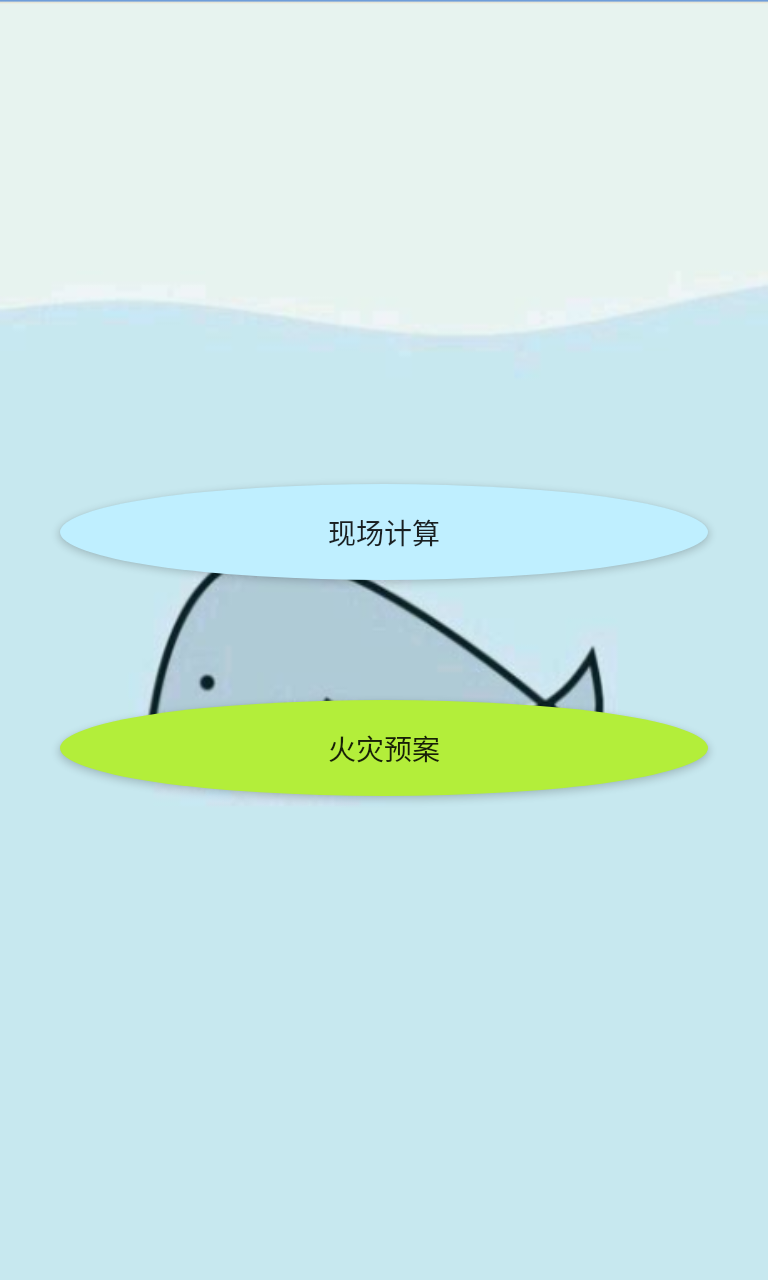
Repository: hohoTT/fireWork_handle_app
Layout: fireWork_handle_app/res/layout/activity_main.xml
The author's editor kept a copy of each file at every save. The layout is drawn from the files as they stood at one save, then again after the next save.
It is drawn on a 768 x 1280 px phone screen (xhdpi) without system bars, with theme AppTheme; the app's code is not run.

Above is the layout before, as saved 2016-03-06 11:18:36.

### fireWork_handle_app/res/layout/activity_main.xml
<LinearLayout xmlns:android="http://schemas.android.com/apk/res/android"
    xmlns:tools="http://schemas.android.com/tools"
    android:layout_width="match_parent"
    android:layout_height="match_parent"
    android:gravity="center_vertical"
    android:orientation="vertical"
    android:background="@drawable/bg1" >

	<Button
	    android:id="@+id/btu_fire_calculate"
	    android:layout_width="match_parent"
	    android:layout_height="wrap_content"
	    android:layout_margin="30dp"
	    android:text="@string/fire_calculate"
	    android:background="@drawable/shape_one" />

	<Button
	    android:id="@+id/btu_fire_plan"
	    android:layout_width="match_parent"
	    android:layout_height="wrap_content"
	    android:layout_margin="30dp"
	    android:text="@string/fire_plan"
	    android:background="@drawable/shape_two" />


</LinearLayout>

### fireWork_handle_app/res/values/strings.xml
<?xml version="1.0" encoding="utf-8"?>
<resources>

    <string name="app_name">fireWork_handle_app</string>
    <string name="fire_calculate">现场计算</string>
    <string name="fire_agent">火灾剂用量计算</string>
    <string name="fire_plan">火灾预案</string>
    <string name="normal_fire">一般火灾计算</string>
    <string name="normal_fire_result">一般火灾用水量计算结果</string>
    <string name="oilcan_fire">油罐火灾情况下的计算</string>
    <string name="olican_fire_water">冷却用水量计算</string>
    <string name="olican_fire_foam">泡沫用量计算</string>
    <string name="olican_fire_water_result">该油罐火灾用水量计算结果</string>
    <string name="oilcan_fire_foam_result">该油罐火灾泡沫用量计算结果</string>
    <string name="water_power">供水压力计算</string>
    <string name="water_power_fire">火场供水压力计算</string>
    <string name="water_power_pump">水泵接合器供水技术计算</string>
    <string name="water_power_fire_building">建筑火灾供水压力计算</string>
    <string name="water_power_fire_building_result">建筑火灾火场供水压力计算结果</string>
    <string name="water_power_fire_oilcan">油罐火灾供水压力计算</string>
    <string name="water_power_fire_oilcan_result">油罐火灾供水压力计算结果</string>
    <string name="water_power_pump_low">建高小于50米的供水压力计算</string>
    <string name="water_power_pump_low_result">建高小于50米的供水压力计算结果</string>
    <string name="water_power_pump_high">建高高于50米的供水压力计算</string>
    <string name="water_power_pump_high_result">建高高于50米的供水压力计算结果</string>


    <string name="btu_water_power">供水压力计算</string>
    <string name="btu_oilcan_fire">油罐火灾计算</string>
    <string name="fire_area">请输入过火面积</string>
    <string name="olican_diameter">请输入油罐直径</string>
    <string name="text_olican_type">请选择您需要计算的油罐类型:</string>
    <string name="olican_type_fixed">固定顶油罐</string>
    <string name="olican_type_drift">浮顶油罐</string>
    <string name="olican_fire_foam_area">请输入油罐的燃烧面积</string>
    <string name="olican_fire_foam_flow">请输入流量</string>
    <string name="water_power_fire_building_count_feeder">请输入一条干线支线的数量</string>
    <string name="water_power_fire_building_count_groundline_band">请输入一条干线水带数量</string>
    <string name="water_power_fire_building_count_feeder_band">请输入一条支线水带数量</string>
    <string name="water_power_fire_building_height">请输入高度差</string>

    <string name="water_power_fire_oilcan_count_feeder">请输入一条干线支线的数量</string>
    <string name="water_power_fire_oilcan_count_groundline_band">请输入一条干线水带数量</string>
    <string name="water_power_fire_oilcan_count_feeder_band">请输入一条支线水带数量</string>
    <string name="water_power_fire_oilcan_height">请输入高度差</string>
    <string name="water_power_pump_low_height">请输入建筑高度(小于50米)</string>
    <string name="water_power_pump_high_height">请输入建筑高度(大于50米)</string>



    <string name="text_water">一般火灾中每秒的用水量为 : </string>
    <string name="text_fire_time">10吨消防车可持续灭火的时间为 : </string>
    <string name="text_oilcan_fire_water">该油罐火灾中每秒的用水量为 : </string>
    <string name="text_oilcan_fire_foam_water">该油罐火灾中水的用量为 : </string>
    <string name="text_oilcan_fire_form_stoste">该油罐火灾中泡沫原液的用量为 : </string>
    <string name="text_water_power_fire_building_65">65mm水带建筑火灾的供水压力为 : </string>
    <string name="text_water_power_fire_building_80">80mm水带建筑火灾的供水压力为 : </string>
    <string name="text_water_power_fire_oilcan_65">65mm水带油罐火灾的供水压力为 : </string>
    <string name="text_water_power_fire_oilcan_80">80mm水带油罐火灾的供水压力为 :</string>
    <string name="test_water_power_pump_low_height">该建筑高度下的供水压力为 :</string>
    <string name="test_water_power_pump_high_height">该建筑高度下的供水压力为 :</string>


    <string name="btn_send">提交</string>

    <string name="hello_world">Hello world!</string>
    <string name="action_settings">Settings</string>





</resources>

### fireWork_handle_app/res/drawable/shape_one.xml
<?xml version="1.0" encoding="utf-8"?>
<shape
    xmlns:android="http://schemas.android.com/apk/res/android"

  android:shape="oval">

    <!-- 填充的颜色 -->

    <solid android:color="#BFEFFF"/>

     <!-- 设置按钮的四个角为弧形 -->

     <!-- android:radius 弧形的半径 -->

     <corners android:radius="360dip"/>



     <!-- padding: Button 里面的文字与Button边界的间隔 -->

     <padding

        android:left="10dp"

        android:top="10dp"

        android:right="10dp"

        android:bottom="10dp"

     />

</shape>

### fireWork_handle_app/res/drawable/shape_two.xml
<?xml version="1.0" encoding="utf-8"?>
<shape
    xmlns:android="http://schemas.android.com/apk/res/android"

  android:shape="oval">

    <!-- 填充的颜色 -->

    <solid android:color="#B3EE3A"/>

     <!-- 设置按钮的四个角为弧形 -->

     <!-- android:radius 弧形的半径 -->

     <corners android:radius="360dip"/>



     <!-- padding: Button 里面的文字与Button边界的间隔 -->

     <padding

        android:left="10dp"

        android:top="10dp"

        android:right="10dp"

        android:bottom="10dp"

     />

</shape>

Loaded but not shown: fireWork_handle_app/res/values/styles.xml (common file); fireWork_handle_app/res/values-v11/styles.xml (common file); fireWork_handle_app/res/values-v14/styles.xml (common file)

After the next save:
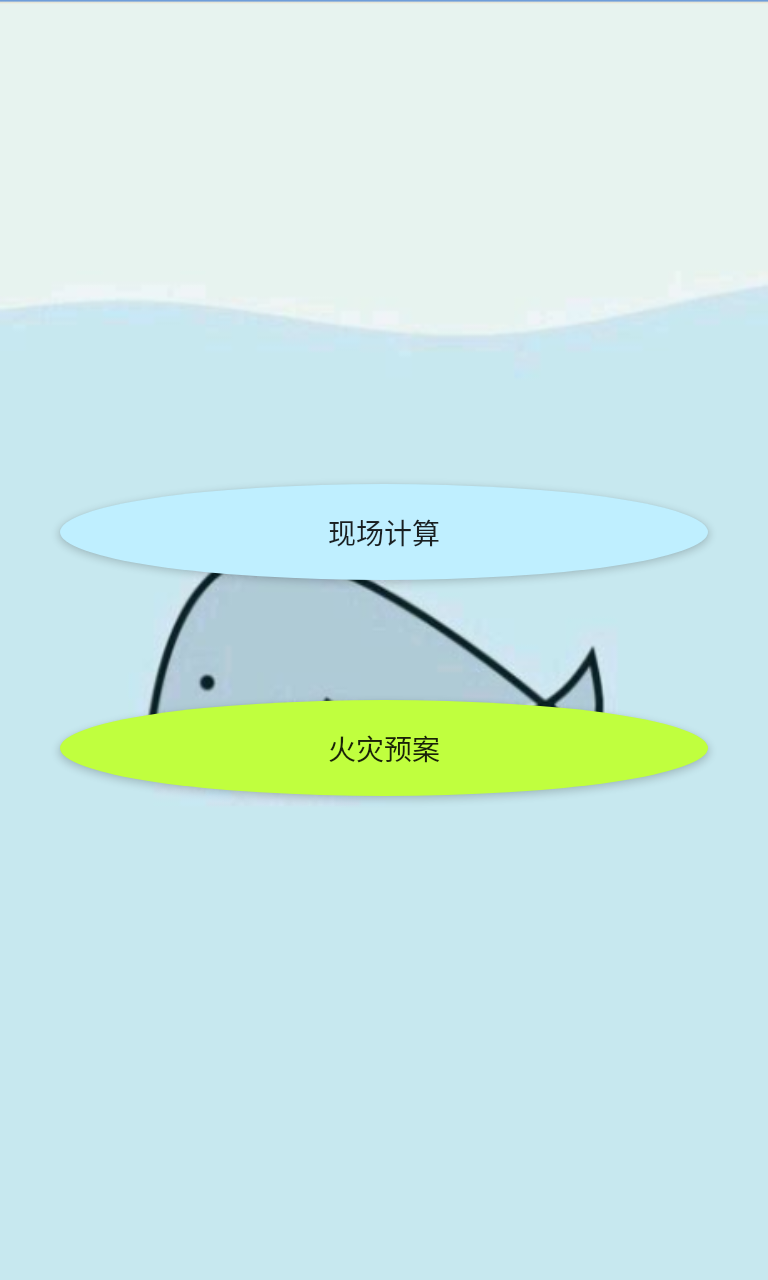
Saved 82 s later.
--- a/fireWork_handle_app/res/drawable/shape_two.xml
+++ b/fireWork_handle_app/res/drawable/shape_two.xml
@@ -6,7 +6,7 @@
 
     <!-- 填充的颜色 -->
 
-    <solid android:color="#B3EE3A"/>
+    <solid android:color="#C0FF3E"/>
 
      <!-- 设置按钮的四个角为弧形 -->
 
